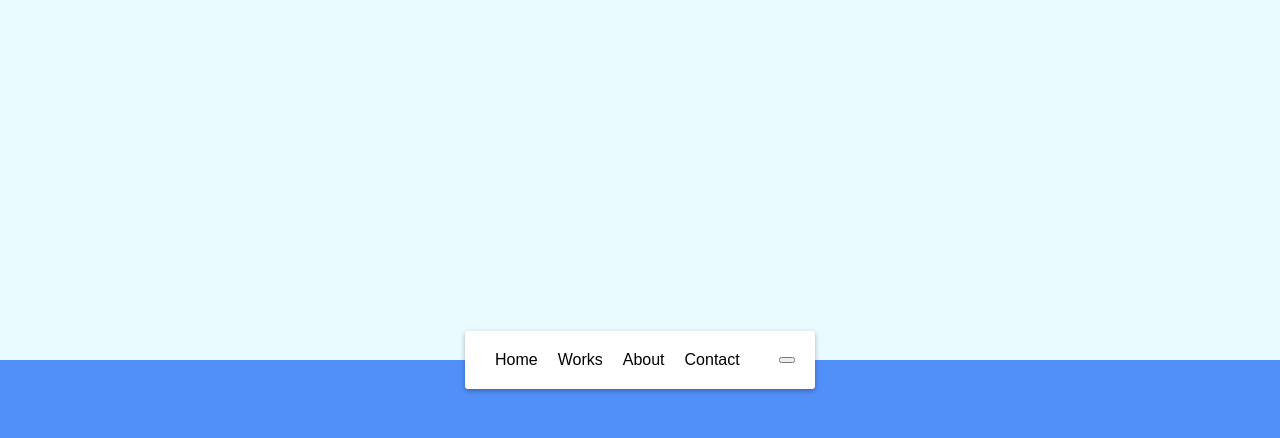
Repository: MMXiaohang/50projects50days-copy
Page: 14-animated-navigation/1-index.html
These files come from the project's save history. The page is drawn as it stood at one moment and after the next save; the edit follows.
The browser window is 1280 px wide. The pictures show the whole page.

Above is the page before, as saved 2022-07-29 00:10:53.

### 14-animated-navigation/1-index.html
<!DOCTYPE html>
<html lang="en">
<head>
    <meta charset="UTF-8">
    <meta http-equiv="X-UA-Compatible" content="IE=edge">
    <meta name="viewport" content="width=device-width, initial-scale=1.0">
    <link rel="stylesheet" href="./1-style.css">
    <title>Animated Navigation</title>
</head>
<body>
    <nav id="nav" class="active">
        <ul>
            <li><a href="#">Home</a></li>
            <li><a href="#">Works</a></li>
            <li><a href="#">About</a></li>
            <li><a href="#">Contact</a></li>
        </ul>

        <button id="toggle" class="icon">
            <div class="line line1"></div>
            <div class="line line2"></div>
        </button>

    </nav>

    <script src="./1-script.js"></script>
</body>
</html>

### 14-animated-navigation/1-style.css

*{
    margin: 0;
    box-sizing: border-box;
}


body {
    font-family: 'Muli', sans-serif;
    background-color: #eafbff;
    background-image: linear-gradient(
        to bottom,
        #eafbff 0%,
        #eafbff 50%,
        #5290f9 50%,
        #5290f9 100%
    );
    display: flex;
    justify-content: center;
    align-items: center;
    height: 100vh;
}


nav {
    background-color: #fff;
    padding: 20px;
    width: 80px;
    display: flex;
    justify-content: center;
    align-items: center;
    border-radius: 3px;
    box-shadow: 0 2px 5px rgba(0, 0, 0, 0.3);
    transition: width 0.6s linear;
    overflow-x: hidden;
}

nav.active{
    width: 350px;
}

nav ul{
    display: flex;
    list-style: none;
    padding: 0;
    margin: 0;
    width: 0;
    transition: width 0.6s linear;
}

nav.active ul{
    width: 100%;
}

nav ul li{
    transform: rotateY(0deg);
    opacity: 0;
    transition: transform 0.6s linear, opacity 0.6s linear;
}

nav.active ul li{
    opacity: 1;
    transform: rotateY(360deg);
}

nav ul a {
    position: relative;
    text-decoration: none;
    margin: 0 10px;
    color: #000;
}

Loaded but not shown: 14-animated-navigation/1-script.js (no stored copy; drawn as an empty file)

After the next save:
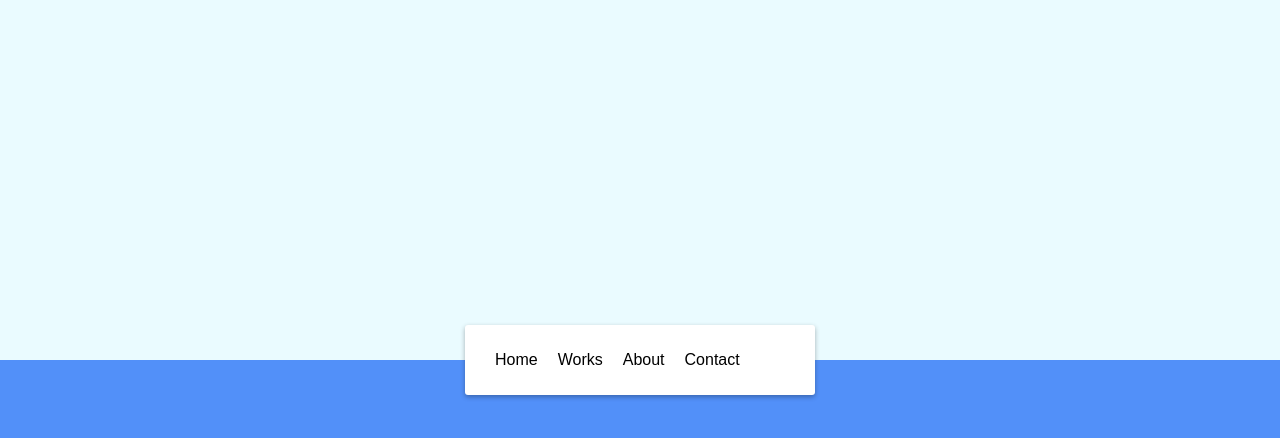
Saved 42 s later.
--- a/14-animated-navigation/1-style.css
+++ b/14-animated-navigation/1-style.css
@@ -69,3 +69,13 @@ nav ul a {
     margin: 0 10px;
     color: #000;
 }
+
+.icon{
+    background-color: #fff;
+    border: 0;
+    cursor: pointer;
+    padding: 0;
+    position: relative;
+    height: 30px;
+    width: 30px;
+}
